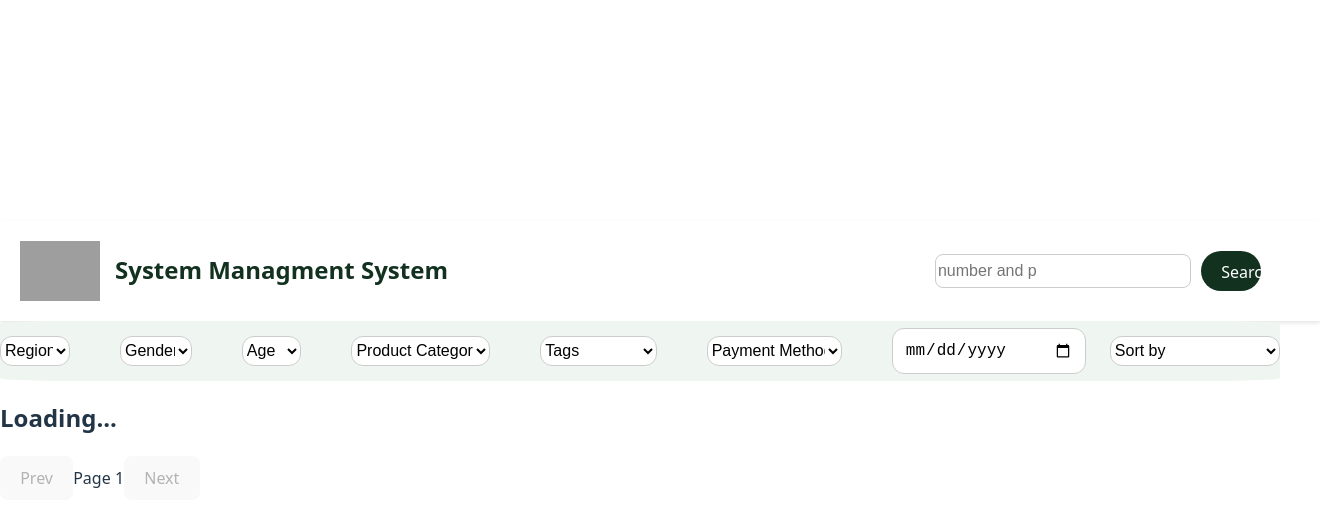
Repository: SandeepYadav18717/TruEstae
Page: / (app in TruEstae/)
The author's editor kept a copy of each file at every save. The page is drawn from the files as they stood at one save, then again after the next save.
The browser window is 1280 px wide. The page is 1320 px wide, then 1280 px, then 1320 px, so the pictures cover 1320 px, including what lies to the right of the window. The pictures show the whole page.
Pictures or frames that could not be fetched are drawn as grey boxes. The page's requests for data from a server got no answer. The project was rebuilt for these pictures with package versions that can differ from the ones it lists, and the page was loaded fresh each time. No one was signed in, and anything a server would have sent is missing. Also part of the build but not shown: TruEstae/vite.config.js, TruEstae/src/App.css.

Above is the page before, as saved 2025-12-09 05:25:30.

### TruEstae/index.html
<!doctype html>
<html lang="en">
  <head>
    <meta charset="UTF-8" />
    <link rel="icon" type="image/svg+xml" href="/vite.svg" />
    <meta name="viewport" content="width=device-width, initial-scale=1.0" />
    <title>javascript</title>
  </head>
  <body>
    <div id="root"></div>
    <script type="module" src="/src/main.jsx"></script>
  </body>
</html>

### TruEstae/src/App.jsx
import './App.css'

import Home from './Pages/Home.jsx'

function App() {
  return (
    <>


     <Home />
    </>
  )
}

export default App

### TruEstae/src/Pages/Home.jsx
import { useState, useEffect } from "react";
import Logo from "./Logo.jsx";
import SearchBar from "../components/search_bar.jsx";
import "../Styles/Home.css";
import Table from "./Table.jsx";

function Home() {
  const [filters, setFilters] = useState({
    region: "",
    gender: "",
    age: "",
    category: "",
    tags: "",
    payment: "",
    date: "",
    sortBy: "",
    page: 1,
    limit: 10,
  });

  const [data, setData] = useState([]);
  const [loading, setLoading] = useState(false);

  function Page(e) {
    const { id, value } = e.target;
    setFilters((prev) => ({ ...prev, [id]: value, page: 1 })); // reset to page 1
  }

  useEffect(() => {
    async function fetchData() {
      setLoading(true);

      const res = await fetch("http://localhost:5000/get-data", {
        method: "POST",
        headers: { "Content-Type": "application/json" },
        body: JSON.stringify(filters),
      });

      const result = await res.json();
      setData(result);

      setLoading(false);
    }

    fetchData();
  }, [filters]);

  return (
    <>
      <div className="topBar">
        <Logo />
        <SearchBar />
      </div>


      <div className="Container_Ui">
        <div id="Customer_Region">
          <select id="region" onChange={Page}>
            <option hidden>Region</option>
            <option>Central</option>
            <option>North</option>
            <option>South</option>
            <option>East</option>
            <option>West</option>
          </select>
        </div>

        <div id="Gender">
          <select id="gender" onChange={Page}>
            <option hidden>Gender</option>
            <option>Male</option>
            <option>Female</option>
          </select>
        </div>

        <div id="Age">
          <select id="age" onChange={Page}>
            <option hidden>Age</option>
            <option>18-25</option>
            <option>26-35</option>
            <option>36-50</option>
            <option>50+</option>
          </select>
        </div>

        <div id="Product_Category">
          <select id="category" onChange={Page}>
            <option hidden>Product Category</option>
            <option>Beauty</option>
            <option>Electronic</option>
            <option>Clothing</option>
          </select>
        </div>

        <div id="Tags">
  <select id="tags" onChange={Page}>
    <option hidden>Tags</option>

    <option value="skincare">skincare</option>
    <option value="beauty">beauty</option>
    <option value="fashion">fashion</option>
    <option value="organic">organic</option>
    <option value="fragrance-free">fragrance-free</option>
    <option value="portable">portable</option>
    <option value="smart">smart</option>
    <option value="gadgets">gadgets</option>
    <option value="makeup">makeup</option>
    <option value="accessories">accessories</option>
    <option value="cotton">cotton</option>
    <option value="unisex">unisex</option>
    <option value="formal">formal</option>
  </select>
</div>


        <div id="Payment_Method">
          <select id="payment" onChange={Page}>
            <option hidden>Payment Method</option>
            <option>Wallet</option>
            <option>Cash</option>
            <option>Card</option>
            <option>UPI</option>
            <option>Net Banking</option>
          </select>
        </div>

        <div id="Date">
          <input id="date" type="date" onChange={Page} />
        </div>

        <div id="SortBy">
          <select id="sortBy" onChange={Page}>
            <option hidden>Sort by</option>
            <option value="name-asc">Customer Name (A-Z)</option>
            <option value="name-desc">Customer Name (Z-A)</option>
            <option value="newest">Newest First</option>
            <option value="oldest">Oldest First</option>
          </select>
        </div>
      </div>

   {/*here is the loader if loading is true no data show  */}
     {loading && (
  <h2>Loading...</h2>
)}

{/* using props to get the table when loader is not true */}
  {!loading && <Table data={data} />}


      {/* PAGINATION BUTTONS */}
      <div>
        <button
          disabled={filters.page === 1}
          onClick={() =>
            setFilters((prev) => ({ ...prev, page: prev.page - 1 }))
          }
        >
          Prev
        </button>

        <span>Page {filters.page}</span>

        <button
          disabled={data.length < filters.limit}
          onClick={() =>
            setFilters((prev) => ({ ...prev, page: prev.page + 1 }))
          }
        >
          Next
        </button>
      </div>
    </>
  );
}

export default Home;

### TruEstae/src/Pages/Logo.jsx
import '../Styles/Logo.css';
function Logo() {
  return (
    <>
      <div className="App">
        <div id="container_home">
         <img src="https://truestate.in/assets/shared/images/trustate-logo-text.svg" />
          <h1>System Managment System</h1>
      </div>
    </div>
    </>
  );
}

export default Logo;

### TruEstae/src/components/search_bar.jsx
import '../Styles/search_bar.css';


function InputBar() {
  return (
    <div className="search_bar">
      <input type="text" placeholder="number and p" />
      <button type="submit">Search</button>
    </div>
  );
}

export default InputBar;

### TruEstae/src/Styles/Home.css
.Container_Ui {
  display: flex;
  gap:50px;
  flex-direction: row;
  align-items: center;
  justify-content: center;
  height: 100vh;
  background-color: #eff6f1;
  height:60px;
  width: 100%;
  border-radius: 5%;
}


select {
  width: 100%;
  height: 30px;
  border-radius: 12px;
  border: 1px solid #ccc;
  background: #fff;
  font-size: 16px;
  outline: none;
  cursor: pointer;
  transition: 0.2s;
}


select:hover {
  border-color: #063906;
  box-shadow: 0 4px 8px rgba(149, 190, 136, 0.899);
}


input[type="date"] {
  width: 100%;
  padding: 12px;
  border-radius: 12px;
  border: 1px solid #ccc;
  background: #fff;
  font-size: 16px;
  outline: none;
  transition: 0.2s;
}


input[type="date"]:hover {
  border-color: #4a6cf7;
  box-shadow: 0 0 8px rgba(74, 108, 247, 0.2);
}

.topBar {
  display: flex;
  align-items: center;
  justify-content: space-between;
  padding: 10px 20px;
  width: 100%;
gap: 35%;
  box-shadow: 0 2px 4px rgba(0, 0, 0, 0.1);
}

### TruEstae/src/Pages/Table.jsx
function Table({ data }) {
  return (
    <div style={{ margin: "20px", overflowX: "auto" }}>
      <table
        border="1"
        cellPadding="8"
        style={{
          width: "100%",      // 👈 FIXED width (100% nahi)
    tableLayout: "fixed", // 👈 Forces columns to shrink
    borderCollapse: "collapse",
    background: "white",
        }}
      >
        <thead>
          <tr>
            <th>Transaction ID</th>
            <th>Date</th>
            <th>Customer ID</th>
            <th>Customer Name</th>
            <th>Phone Number</th>
            <th>Gender</th>
            <th>Age</th>
            <th>Customer Region</th>
            <th>Customer Type</th>
            <th>Product ID</th>
            <th>Product Name</th>
            <th>Brand</th>
            <th>Product Category</th>
            <th>Tags</th>
            <th>Quantity</th>
            <th>Price per Unit</th>
            <th>Discount Percentage</th>
            <th>Total Amount</th>
            <th>Final Amount</th>
            <th>Payment Method</th>
            <th>Order Status</th>
            <th>Delivery Type</th>
            <th>Store ID</th>
            <th>Store Location</th>
            <th>Salesperson ID</th>
            <th>Employee Name</th>
          </tr>
        </thead>

        <tbody>
          {data.map((row, index) => (
            <tr key={index}>
              <td>{row["Transaction ID"]}</td>
              <td>{row["Date"]}</td>
              <td>{row["Customer ID"]}</td>
              <td>{row["Customer Name"]}</td>
              <td>{row["Phone Number"]}</td>
              <td>{row["Gender"]}</td>
              <td>{row["Age"]}</td>
              <td>{row["Customer Region"]}</td>
              <td>{row["Customer Type"]}</td>
              <td>{row["Product ID"]}</td>
              <td>{row["Product Name"]}</td>
              <td>{row["Brand"]}</td>
              <td>{row["Product Category"]}</td>
              <td>{row["Tags"]}</td>
              <td>{row["Quantity"]}</td>
              <td>{row["Price per Unit"]}</td>
              <td>{row["Discount Percentage"]}</td>
              <td>{row["Total Amount"]}</td>
              <td>{row["Final Amount"]}</td>
              <td>{row["Payment Method"]}</td>
              <td>{row["Order Status"]}</td>
              <td>{row["Delivery Type"]}</td>
              <td>{row["Store ID"]}</td>
              <td>{row["Store Location"]}</td>
              <td>{row["Salesperson ID"]}</td>
              <td>{row["Employee Name"]}</td>
            </tr>
          ))}
        </tbody>
      </table>
    </div>
  );
}

export default Table;

### TruEstae/src/Styles/Logo.css
#container_home {
  display: flex;
}
#container_home img {
  height: 60px;
  margin-right: 15px;
}
#container_home h1 {
  font-size: 24px;
  color: #12311f;
  align-self: center;
}

### TruEstae/src/Styles/search_bar.css
.search_bar {
    display: flex;
    align-items: center;
    gap: 10px;
    border-radius: 12px;
    max-width: 450px;
    margin: 20px auto;
    transition: transform 0.25s ease, box-shadow 0.25s ease;
}

.search_bar:hover {
    transform: translateY(-10px) scale(1.03);

}

.search_bar input {
    height: 30px;
    width: 250px;
    border: 1px solid #ccc;
    border-radius: 8px;
    font-size: 16px;


}

.search_bar input:hover {
    border-color: #12311f;
    box-shadow: 0 15px 12px #b4d8c3;
}

.search_bar button {
    height: 40px;
    width: 60px;
    border-radius: 25px;
    background: #12311f;
    color: white;
    font-size: 16px;
    cursor: pointer;
    transition: 0.2s;
}

.search_bar button:hover {
    background: #12311f;
    box-shadow: 0 15px 12px #b4d8c3;

}

Loaded but not shown: TruEstae/src/main.jsx (common file); TruEstae/src/index.css (common file)

After the next save:
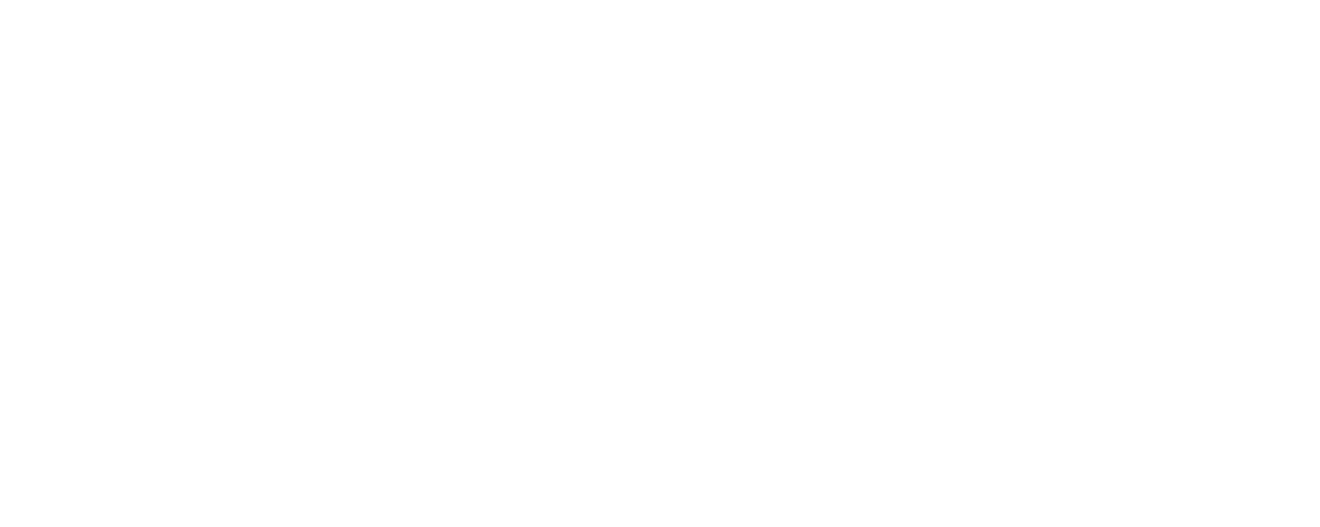
Console error: ReferenceError: text is not defined
Saved 22 s later.
--- a/TruEstae/src/Pages/Table.jsx
+++ b/TruEstae/src/Pages/Table.jsx
@@ -9,6 +9,7 @@
     tableLayout: "fixed", // 👈 Forces columns to shrink
     borderCollapse: "collapse",
     background: "white",
+    text
         }}
       >
         <thead>

After the 3 saves that followed:
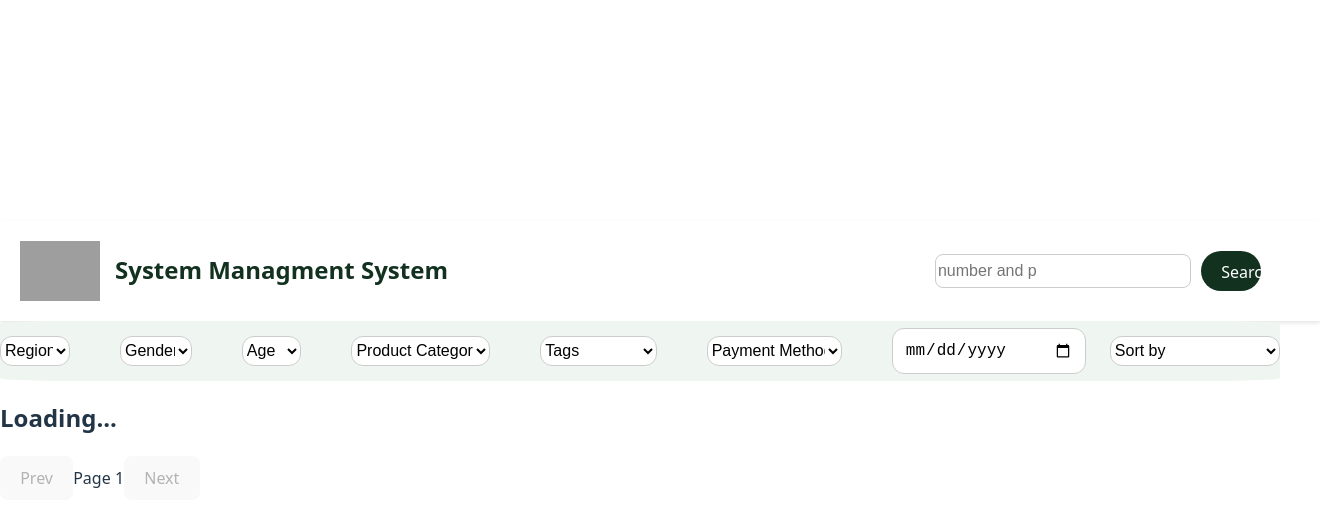
The error is gone.
The 3 saves are shown as one change because they came seconds apart.
The last was saved 10 s later.
--- a/TruEstae/src/Pages/Table.jsx
+++ b/TruEstae/src/Pages/Table.jsx
@@ -9,7 +9,7 @@
     tableLayout: "fixed", // 👈 Forces columns to shrink
     borderCollapse: "collapse",
     background: "white",
-    text
+    fontSize: "14px",
         }}
       >
         <thead>
